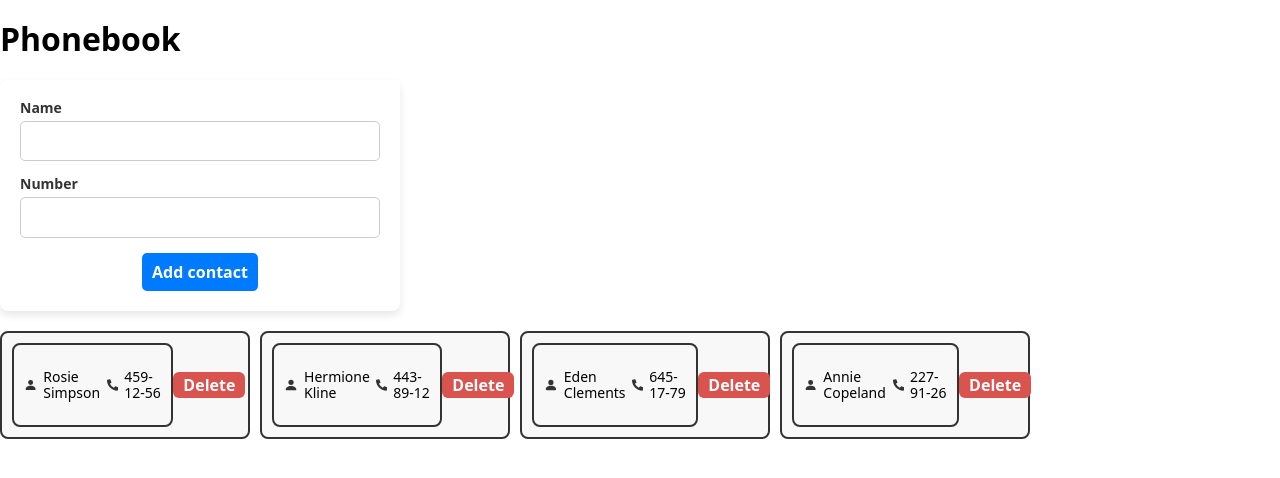
Repository: Evgeniya-Tishakova/goit-react-hw-03
Page: /
The author's editor kept a copy of each file at every save. The page is drawn from the files as they stood at one save, then again after the next save.
The browser window is 1280 px wide. The pictures show the whole page.
The project was rebuilt for these pictures with package versions that can differ from the ones it lists, and the page was loaded fresh each time. Also part of the build but not shown: vite.config.js, src/index.css, src/components/App/App.module.css.

Above is the page before, as saved 2025-03-09 15:48:40.

### src/main.jsx
import { StrictMode } from "react";
import { createRoot } from "react-dom/client";
import "./index.css";
import App from "./components/App/App";
import "modern-normalize";

createRoot(document.getElementById("root")).render(
  <StrictMode>
    <App />
  </StrictMode>
);

### src/components/App/App.jsx
import { useState } from "react";
import { nanoid } from "nanoid";

import css from "./App.module.css";
import ContactForm from "../ContactForm/ContactForm";
import ContactList from "../ContactList/ContactList";

export default function App() {
  const [users, setUsers] = useState([
    { id: "id-1", name: "Rosie Simpson", number: "459-12-56" },
    { id: "id-2", name: "Hermione Kline", number: "443-89-12" },
    { id: "id-3", name: "Eden Clements", number: "645-17-79" },
    { id: "id-4", name: "Annie Copeland", number: "227-91-26" },
  ]);
  const [filterContacts, setFilterContacts] = useState("");

  const addUser = (newUser) => {
    setUsers((prevUsers) => {
      return [...prevUsers, newUser];
    });
  };

  const deleteUser = (userId) => {
    console.log(userId);
  };

  const searchUsers = users.filter((user) => user.name.toLowerCase());

  return (
    <>
      <div className={css.container}>
        <h1 className={css.title}>Phonebook</h1>
        <ContactForm onAdd={addUser} />
        <ContactList users={users} onDelete={deleteUser} />
      </div>
    </>
  );
}

### src/components/ContactForm/ContactForm.jsx
import { Formik, Form, Field, ErrorMessage } from "formik";
import css from "./ContactForm.module.css";
import * as Yup from "yup";
import { nanoid } from "nanoid";

const UserSchema = Yup.object().shape({
  name: Yup.string()
    .min(3, "Too Short!")
    .max(50, "Too Long!")
    .required("Required"),
  number: Yup.number()
    .min(3, "Too short")
    .max(50, "Too long")
    .required("Required"),
});

export default function ContactForm({ onAdd }) {
  const initialValues = {
    name: "",
    number: "",
  };

  const handleSubmit = (values, actions) => {
    console.log("handleSubmit", values);

    onAdd(values, (id = nanoid));
    actions.resetForm();
  };

  // const handleSubmit =(event) => {
  // event.preventDefault();
  //   onAdd({
  //     name: event.target.elements.name.value;
  //     number: event.target.elements.number.value;
  //   })
  // }

  return (
    <Formik
      initialValues={initialValues}
      onSubmit={handleSubmit}
      validation={UserSchema}
    >
      {(props) => (
        <Form className={css.form} onSubmit={props.handleSubmit}>
          <div className={css.container}>
            <label className={css.label}>Name</label>
            <Field className={css.input} type="text" name="name" />
            <ErrorMessage className={css.error} name="name" component="span" />
          </div>
          <div className={css.container}>
            <label className={css.label}>Number</label>
            <Field className={css.input} type="text" name="number" />
            <ErrorMessage
              className={css.error}
              name="number"
              component="span"
            />
          </div>

          <button className={css.button} type="submit">
            Add contact
          </button>
        </Form>
      )}
    </Formik>
  );
}

### src/components/ContactList/ContactList.jsx
import css from "./ContactList.module.css";
import Contact from "../Contact/Contact";

export default function ContactList({ users, onDelete }) {
  return (
    <ul className={css.list}>
      {users.map((user) => (
        <li className={css.item}>
          <Contact
            key={user.id}
            name={user.name}
            number={user.number}
            onDelete={onDelete}
          />
        </li>
      ))}
    </ul>
  );
}

### src/components/ContactForm/ContactForm.module.css
.form {
    display: flex;
    flex-direction: column;
    align-items: center;
    gap: 15px;
    background-color: #fff;
    padding: 20px;
    border-radius: 8px;
    box-shadow: 0 4px 8px rgba(0, 0, 0, 0.1);
    max-width: 400px;
    margin-left: 0;
}

.container {
    display: flex;
    flex-direction: column;
    width: 100%;
}


.label {
    font-size: 14px;
    font-weight: 600;
    color: #333;
    margin-bottom: 5px;
}

.input {
    width: 100%;
    padding: 10px;
    border: 1px solid #ccc;
    border-radius: 5px;
    font-size: 16px;
    transition: border 0.3s ease;
}

.input:focus {
    border-color: #007bff;
    outline: none;
}

.button {

    padding: 10px;
    background-color: #007bff;
    color: white;
    font-size: 16px;
    font-weight: bold;
    border: none;
    border-radius: 5px;
    cursor: pointer;
    transition: background 0.3s ease;
}

.button:hover {
    background-color: #0056b3;
}

.button:active {
    background-color: #004494;
}


.error {
    font-size: 14px;
    color: orangered;
}

### src/components/ContactList/ContactList.module.css
.list {
    display: flex;
    flex-wrap: wrap;
    gap: 10px;
    padding: 0;
    margin-top: 20px;
    justify-content: flex-start;
    list-style: none;
}

.item {
    flex: 1 1 calc(33.333% - 10px);
    /* По 3 контакта в ряд */
    max-width: 250px;
    min-width: 200px;
}

### src/components/Contact/Contact.jsx
import css from "./Contact.module.css";
import { BsPersonFill } from "react-icons/bs";
import { FaPhoneAlt } from "react-icons/fa";

export default function Contact({ id, name, number, onDelete }) {
  return (
    <div className={css.contact}>
      <div className={css.contact}>
        <p className={css.text}>
          <BsPersonFill className={css.icon} />
          {name}
        </p>
        <p className={css.text}>
          <FaPhoneAlt className={css.icon} />
          {number}
        </p>
      </div>

      <button className={css.button} onClick={() => onDelete(id)}>
        Delete
      </button>
    </div>
  );
}

### src/components/Contact/Contact.module.css
.contact {
    display: flex;
    justify-content: space-between;
    align-items: center;
    padding: 10px;
    border: 2px solid #333;
    border-radius: 8px;
    background-color: #f8f8f8;
    width: 100%;
    transition: background-color 0.3s ease-in-out, transform 0.2s ease-in-out;
}

.contact:hover {
    background-color: #e0e0e0;
    transform: scale(1.02);
}

/* Контейнер для имени и номера */
.contact-info {
    display: flex;
    flex-direction: column;
    gap: 4px;
}

/* Контейнер для текста и иконки */
.text {
    font-size: 14px;
    display: flex;
    align-items: center;
    gap: 6px;
}

/* Иконки */
.icon {
    color: #333;
    font-size: 16px;
    display: flex;
    align-items: center;
    justify-content: center;
    width: 20px;
    height: 20px;
}

/* Кнопка Delete */
.button {
    padding: 4px 10px;
    background-color: #d9534f;
    border: none;
    color: white;
    font-weight: bold;
    border-radius: 6px;
    cursor: pointer;
    transition: background 0.3s ease-in-out, transform 0.2s ease-in-out;
}

.button:hover {
    background-color: #c9302c;
    transform: scale(1.05);
}

Loaded but not shown: index.html (common file)

After the next save:
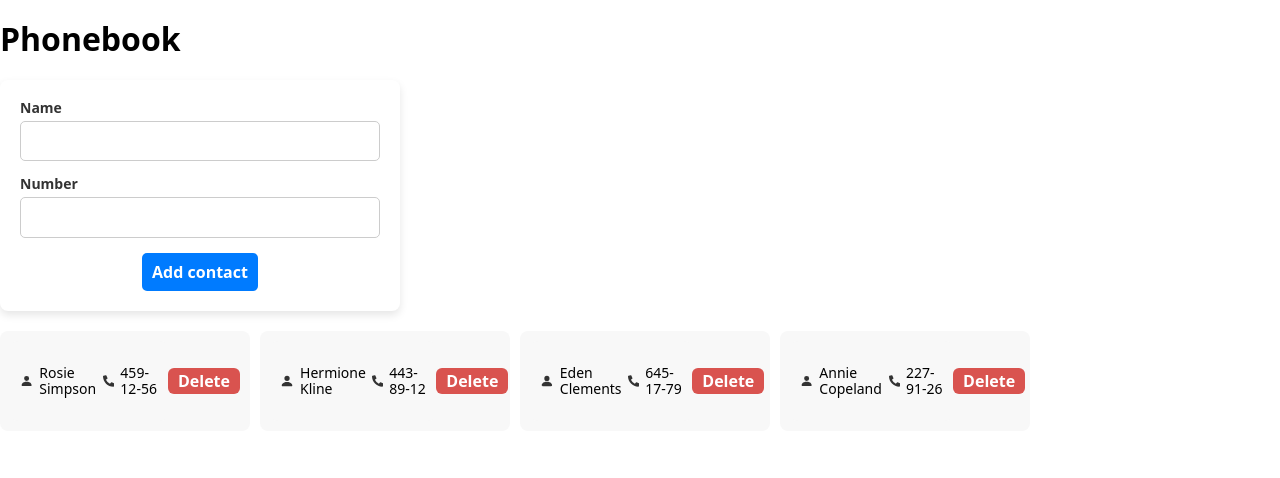
Saved 62 s later.
--- a/src/components/Contact/Contact.module.css
+++ b/src/components/Contact/Contact.module.css
@@ -3,7 +3,7 @@
     justify-content: space-between;
     align-items: center;
     padding: 10px;
-    border: 2px solid #333;
+
     border-radius: 8px;
     background-color: #f8f8f8;
     width: 100%;

After the save that followed:
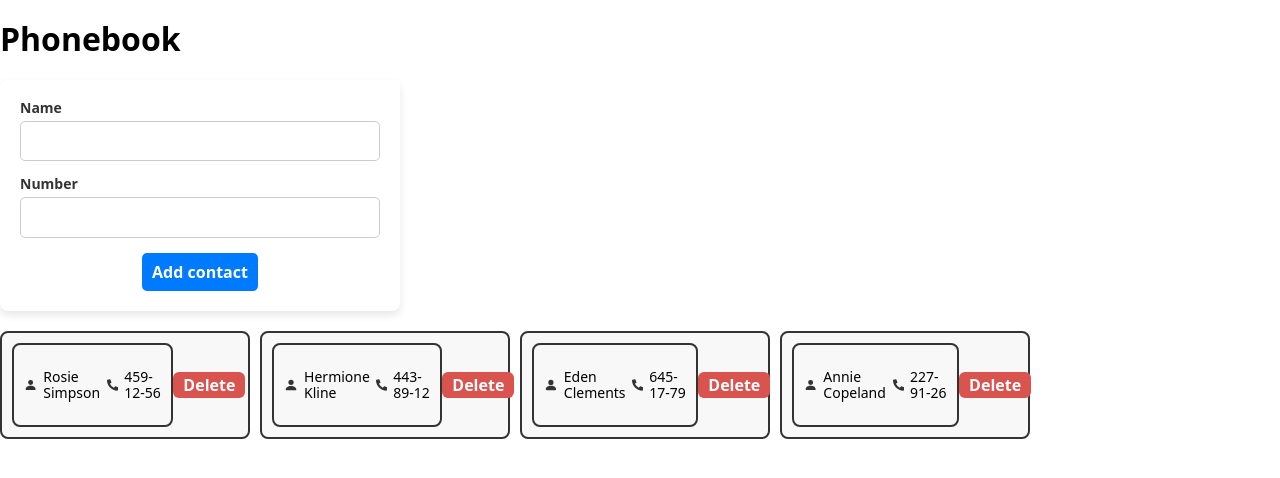
Saved 12 s later.
--- a/src/components/Contact/Contact.module.css
+++ b/src/components/Contact/Contact.module.css
@@ -3,7 +3,7 @@
     justify-content: space-between;
     align-items: center;
     padding: 10px;
-
+    border: 2px solid #333;
     border-radius: 8px;
     background-color: #f8f8f8;
     width: 100%;
